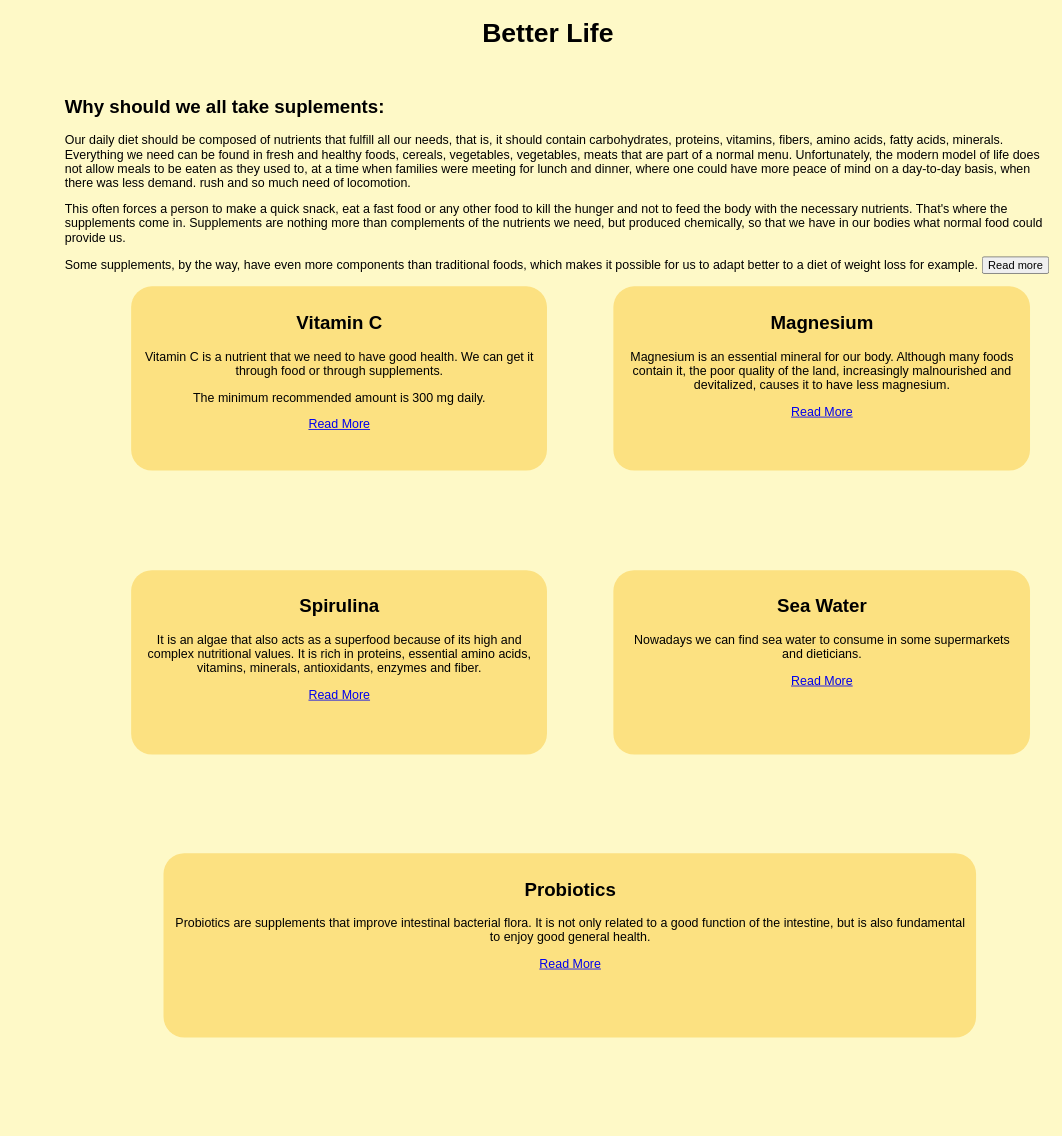
Repository: DSerenoG/Assessment2
Page: index.html
The author's editor kept a record of every edit. The page is drawn from the files as they stood at one moment, then again after the next edit.
The browser window is 1280 px wide. The pictures show the whole page, at 83% of full size.

Above is the page before.

After the next edit:
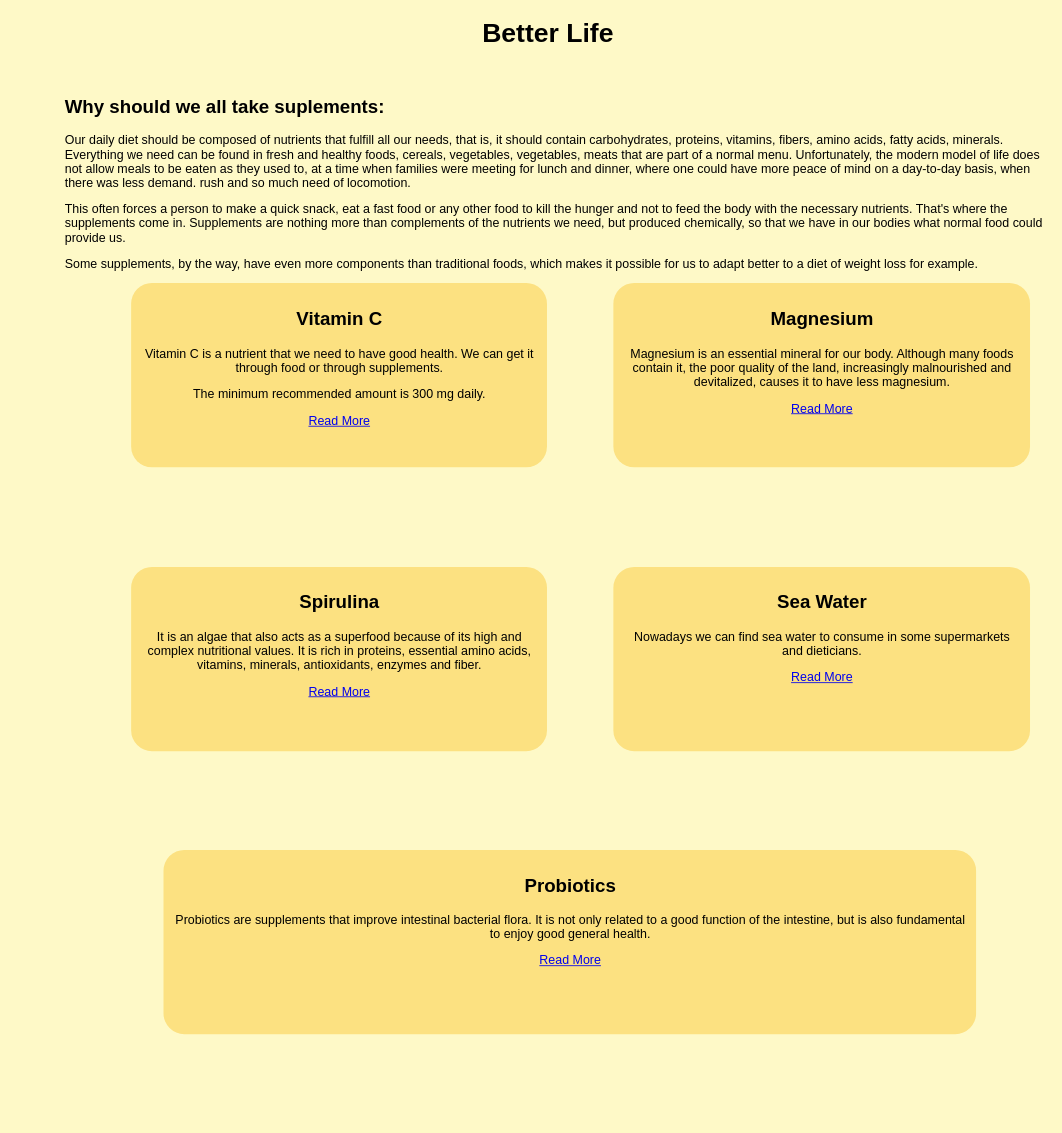
The edit:
--- a/index.html
+++ b/index.html
@@ -24,8 +24,8 @@
             Unfortunately, the modern model of life does not allow meals to be eaten as they used to, at a time when families were meeting for lunch and dinner, where one could have more peace of mind on a day-to-day basis, when there was less demand. rush and so much need of locomotion.
             <p>This often forces a person to make a quick snack, eat a fast food or any other food to kill the hunger and not to feed the body with the necessary nutrients.
             That's where the supplements come in. Supplements are nothing more than complements of the nutrients we need, but produced chemically, so that we have in our bodies what normal food could provide us.
-            <p>Some supplements, by the way, have even more components than traditional foods, which makes it possible for us to adapt better to a diet of weight loss for example. <button onclick="myFunction()" id="myBtn">Read more</button>
-            </span></p>
+            <p>Some supplements, by the way, have even more components than traditional foods, which makes it possible for us to adapt better to a diet of weight loss for example.
+            </p>
 
         </reason>
 
